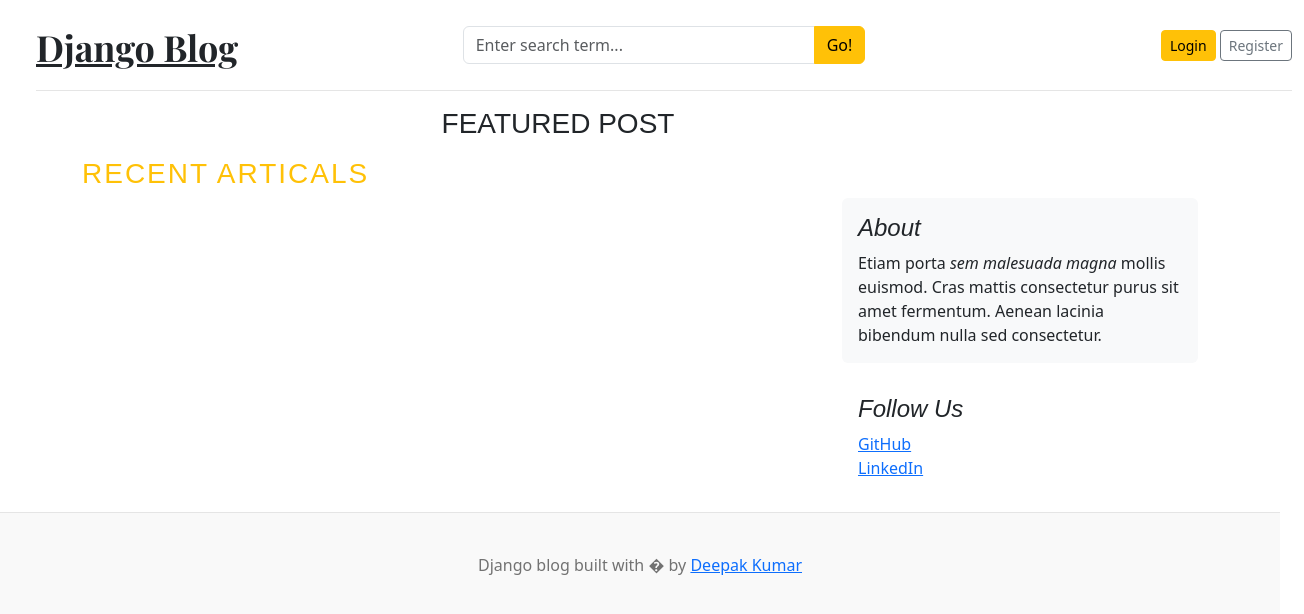
Repository: vijayholve/Blog-Website-Django
Page: templates/home.html
These files come from the project's save history. The page is drawn as it stood at one moment and after the next save; the edit follows.
The browser window is 1280 px wide. The page is 1304 px wide, then 1280 px, so the pictures cover 1304 px, including what lies to the right of the window. The pictures show the whole page.
Some web fonts or font styles are not loaded; a fallback is used. The template is drawn by Django 5.2. The application's start-up code is not run. Other server files are loaded and not shown. The template is opened directly, without the code that normally fills it, so the values that code supplies are empty.

Above is the page before, as saved 2025-01-29 16:17:56.

### templates/home.html

{% extends 'base/base.html' %}

{% block content %}

{% for post in featured_post %}
 {% if forloop.first %}
<div class="jumbotron p-3 p-md-5 text-white rounded bg-dark" style="background-image: url({{ post.blog_image.url }});background-blend-mode: overlay;background-size:cover;">
    <div class="col-md-8 px-0">
      <h1 class="display-4 font-italic"><a href="{% url 'blogs' post.slug %}">{{ post.title }}</a></h1>
      <p class="lead my-3">{{ post.short_description | truncatewords:20 }}</p>
      <p class="lead mb-0"><a href="#" class="text-white font-weight-bold">Continue reading...</a></p>
    </div>
</div>
  {% endif %}
{% endfor %}


<!-- Featured POST -->
<div class="container row mb-2">
  <div class="container">

    <h3 class="container mr-4 text-uppercase text-dark text-bold text-center" >Featured POST</h3>
    {% for post in featured_post %}
    {% if not forloop.first %}
    <div class="col-md-6">
      <div class="card border-0" >
        <div class="card-body">
          <h3><a href="{% url 'blogs' post.slug %}">{{ post.title }}</a></h3>
          <small class="mb-1 text-muted">
            <span class=" material-symbols-outlined">
              schedule
            </span>
            {{ post.created_at | timesince }} ago | {{ post.author }}</small>
            <p class="card-text">{{ post.short_description | truncatewords:20 }}</p>
          </div>
        </div>
      </div>
      {% endif %}
      {% endfor %}
    </div>

  </div>
  <!-- Recent artical -->
  <main role="main" class="container ">
    <h3 class="text-uppercase text-warning" style="letter-spacing: 2px;">Recent Articals</h3>
    <div class="row">
      <div class="col-md-8 blog-main">
        {% for post in posts %}
        <div class="card border-0" >
          <div class="card-body">
            <h3><a href="{% url 'blogs' post.slug %}">{{ post.title }}</a></h3>
            <small class="mb-1 text-muted">{{ post.created_at | timesince }} ago | {{ post.author }}</small>
            <p class="card-text">{{ post.short_description | truncatewords:20 }}</p>
          </div>
        </div>
        {% endfor %}
      </div>
      <!-- /.blog-main -->

      <aside class="col-md-4 blog-sidebar">
        <div class="p-3 mb-3 bg-light rounded">
          <h4 class="font-italic">About</h4>
          <p class="mb-0">Etiam porta <em>sem malesuada magna</em> mollis euismod. Cras mattis consectetur purus sit amet fermentum. Aenean lacinia bibendum nulla sed consectetur.</p>
        </div>

        <div class="p-3">
          <h4 class="font-italic">Follow Us</h4>
          <ol class="list-unstyled">
            <li><a href="#">GitHub</a></li>
            <li><a href="#">LinkedIn</a></li>
          </ol>
        </div>
      </aside><!-- /.blog-sidebar -->

    </div><!-- /.row -->

  </main><!-- /.container -->

</div>
{% endblock %}

### templates/base/base.html
<!-- Header part -->
{% include './header.html' %}

<!-- Main content part -->
{% block content %}
<div class="container-fluid">

</div>
{% endblock %}

<!-- Footer -->
{% include './footer.html' %}

### templates/base/header.html
{% load static %}
<!DOCTYPE html>
<html lang="en">
<head>
    <meta charset="UTF-8">
    <meta http-equiv="X-UA-Compatible" content="IE=edge">
    <meta name="viewport" content="width=device-width, initial-scale=1.0">
    <title>SM Joshi Blogs</title>
    <link href="https://getbootstrap.com/docs/4.0/dist/css/bootstrap.min.css" rel="stylesheet">
    <link href="https://fonts.googleapis.com/css?family=Playfair+Display:700,900" rel="stylesheet">
    <link href="{% static 'css/blog.css' %}" rel="stylesheet">
    <link href="{% static 'css/Navbar.css' %}" rel="stylesheet">
    <link rel="stylesheet" href="https://cdn.jsdelivr.net/npm/bootstrap@4.4.1/dist/css/bootstrap.min.css" integrity="sha384-Vkoo8x4CGsO3+Hhxv8T/Q5PaXtkKtu6ug5TOeNV6gBiFeWPGFN9MuhOf23Q9Ifjh" crossorigin="anonymous">
    <link href="https://cdn.jsdelivr.net/npm/bootstrap@5.3.3/dist/css/bootstrap.min.css" rel="stylesheet" integrity="sha384-QWTKZyjpPEjISv5WaRU9OFeRpok6YctnYmDr5pNlyT2bRjXh0JMhjY6hW+ALEwIH" crossorigin="anonymous">
    <link rel="stylesheet" href="https://fonts.googleapis.com/css2?family=Material+Symbols+Outlined:opsz,wght,FILL,GRAD@20..48,100..700,0..1,-50..200&icon_names=schedule" />
    <link rel="stylesheet" href="https://cdnjs.cloudflare.com/ajax/libs/font-awesome/4.7.0/css/font-awesome.min.css">

  </head>
<body>
    <div class="container-fluid ml-4">
      <header class="blog-header py-3">
        <div class="row flex-nowrap justify-content-between align-items-center">
          <div class="col-4 pt-1">
            <a class="blog-header-logo text-dark" href="/">Django Blog</a>
          </div>
          <div class="col-4">
            <form action="{% url 'search' %}" method="GET">
              <div class="input-group">
                <input class="form-control" name="keyword" type="text" placeholder="Enter search term..." aria-label="Enter search term..." aria-describedby="button-search" />
                <button type="submit" class="btn btn-warning" id="button-search" type="button">Go!</button>
            </div>
            </form>
          </div>

          <div class="col-4 d-flex justify-content-end align-items-center">
            {% if not user.is_authenticated %}
            <a class="btn btn-sm btn-warning" href="{% url 'login' %}">Login</a> &nbsp;
            <a class="btn btn-sm btn-outline-secondary" href="{% url 'register' %}">Register</a>
            {% else %}
            <span><a href="{% url 'dashboard' %}" class="btn btn-warning">Dashboard</a></span> &nbsp;
            <span><a href="{% url 'logout' %}">Logout</a></span>
            {% endif %}
          </div>
        </div>
      </header>

      <div class="nav-scroller py-1 mb-2">
        <nav class="nav d-flex justify-content-between">
          {% for cat in categories %}
          <a class="p-2 text-muted" href="{% url 'posts_by_category' cat.id  %}">{{ cat.category_name }}</a>
          {% endfor %}
        </nav>
      </div>
    </div>
    <script src="https://cdn.jsdelivr.net/npm/bootstrap@5.3.3/dist/js/bootstrap.bundle.min.js" integrity="sha384-YvpcrYf0tY3lHB60NNkmXc5s9fDVZLESaAA55NDzOxhy9GkcIdslK1eN7N6jIeHz" crossorigin="anonymous"></script>
</body>
</html>

### templates/base/footer.html
<footer class="blog-footer">
    <p>Django blog built with � by <a href="#">Deepak Kumar</a></p>
  </footer>
  </body>
  </html>

### static/css/blog.css
/* stylelint-disable selector-list-comma-newline-after */

.blog-header {
  border-bottom: 1px solid #e5e5e5;
}

.blog-header-logo {
  font-family: "Playfair Display", Georgia, "Times New Roman", serif/*rtl:Amiri, Georgia, "Times New Roman", serif*/;
  font-size: 2.25rem;
}

.blog-header-logo:hover {
  text-decoration: none;
}

h1, h2, h3, h4, h5, h6 {
  font-family: "Playfair Display", Georgia, "Times New Roman", serif/*rtl:Amiri, Georgia, "Times New Roman", serif*/;
}

.display-4 {
  font-size: 2.5rem;
}
@media (min-width: 768px) {
  .display-4 {
    font-size: 3rem;
  }
}

.flex-auto {
  flex: 0 0 auto;
}

.h-250 { height: 250px; }
@media (min-width: 768px) {
  .h-md-250 { height: 250px; }
}

/* Pagination */
.blog-pagination {
  margin-bottom: 4rem;
}

/*
 * Blog posts
 */
.blog-post {
  margin-bottom: 4rem;
}
.blog-post-title {
  font-size: 2.5rem;
}
.blog-post-meta {
  margin-bottom: 1.25rem;
  color: #727272;
}

/*
 * Footer
 */
.blog-footer {
  padding: 2.5rem 0;
  color: #727272;
  text-align: center;
  background-color: #f9f9f9;
  border-top: .05rem solid #e5e5e5;
}
.blog-footer p:last-child {
  margin-bottom: 0;
}


.material-symbols-outlined{
  width: 20px;
  /* height: 300px; */
}

### static/css/Navbar.css
:root {
    --font-family-sans-serif: "Open Sans", -apple-system, BlinkMacSystemFont,
    "Segoe UI", Roboto, "Helvetica Neue", Arial, sans-serif, "Apple Color Emoji",
    "Segoe UI Emoji", "Segoe UI Symbol", "Noto Color Emoji";
}

*, *::before, *::after {
    -webkit-box-sizing: border-box;
    box-sizing: border-box;
}

html {
    font-family: sans-serif;
    line-height: 1.15;
    -webkit-text-size-adjust: 100%;
    -webkit-tap-highlight-color: rgba(0, 0, 0, 0);
}

nav {
    display: block;
}

body {
    margin: 0;
    font-family: "Open Sans", -apple-system, BlinkMacSystemFont, "Segoe UI",
    Roboto, "Helvetica Neue", Arial, sans-serif, "Apple Color Emoji",
    "Segoe UI Emoji", "Segoe UI Symbol", "Noto Color Emoji";
    font-size: 1rem;
    font-weight: 400;
    line-height: 1.5;
    color: #515151;
    text-align: left;
    background-color: #e9edf4;
}

h1, h2, h3, h4, h5, h6 {
    margin-top: 0;
    margin-bottom: 0.5rem;
}

p {
    margin-top: 0;
    margin-bottom: 1rem;
}

a {
    color: #3f84fc;
    text-decoration: none;
    background-color: transparent;
}

a:hover {
    color: #0458eb;
    text-decoration: underline;
}

h1, h2, h3, h4, h5, h6, .h1, .h2, .h3, .h4, .h5, .h6 {
    font-family: "Nunito", sans-serif;
    margin-bottom: 0.5rem;
    font-weight: 500;
    line-height: 1.2;
}

h1, .h1 {
    font-size: 2.5rem;
    font-weight: normal;
}

.card {
    position: relative;
    display: -webkit-box;
    display: -webkit-flex;
    display: -ms-flexbox;
    display: flex;
    -webkit-box-orient: vertical;
    -webkit-box-direction: normal;
    -webkit-flex-direction: column;
    -ms-flex-direction: column;
    flex-direction: column;
    min-width: 0;
    word-wrap: break-word;
    background-color: #fff;
    background-clip: border-box;
    border: 1px solid rgba(0, 0, 0, 0.125);
    border-radius: 0;
}

.card-body {
    -webkit-box-flex: 1;
    -webkit-flex: 1 1 auto;
    -ms-flex: 1 1 auto;
    flex: 1 1 auto;
    padding: 1.25rem;
}

.card-header {
    padding: 0.75rem 1.25rem;
    margin-bottom: 0;
    background-color: rgba(0, 0, 0, 0.03);
    border-bottom: 1px solid rgba(0, 0, 0, 0.125);
    text-align: center;
}

.dashboard {
    display: -webkit-box;
    display: -webkit-flex;
    display: -ms-flexbox;
    display: flex;
    min-height: 100vh;
}

.dashboard-app {
    display: -webkit-box;
    display: -webkit-flex;
    display: -ms-flexbox;
    display: flex;
    -webkit-box-orient: vertical;
    -webkit-box-direction: normal;
    -webkit-flex-direction: column;
    -ms-flex-direction: column;
    flex-direction: column;
    -webkit-box-flex: 2;
    -webkit-flex-grow: 2;
    -ms-flex-positive: 2;
    flex-grow: 2;
    margin-top: 84px;
}

.dashboard-content {
    -webkit-box-flex: 2;
    -webkit-flex-grow: 2;
    -ms-flex-positive: 2;
    flex-grow: 2;
    padding: 25px;
}

.dashboard-nav {
    min-width: 238px;
    position: fixed;
    left: 0;
    top: 0;
    bottom: 0;
    overflow: auto;
    background-color: #373193;
}

.dashboard-compact .dashboard-nav {
    display: none;
}

.dashboard-nav header {
    min-height: 84px;
    padding: 8px 27px;
    display: -webkit-box;
    display: -webkit-flex;
    display: -ms-flexbox;
    display: flex;
    -webkit-box-pack: center;
    -webkit-justify-content: center;
    -ms-flex-pack: center;
    justify-content: center;
    -webkit-box-align: center;
    -webkit-align-items: center;
    -ms-flex-align: center;
    align-items: center;
}

.dashboard-nav header .menu-toggle {
    display: none;
    margin-right: auto;
}

.dashboard-nav a {
    color: #515151;
}

.dashboard-nav a:hover {
    text-decoration: none;
}

.dashboard-nav {
    background-color: #443ea2;
}

.dashboard-nav a {
    color: #fff;
}

.brand-logo {
    font-family: "Nunito", sans-serif;
    font-weight: bold;
    font-size: 20px;
    display: -webkit-box;
    display: -webkit-flex;
    display: -ms-flexbox;
    display: flex;
    color: #515151;
    -webkit-box-align: center;
    -webkit-align-items: center;
    -ms-flex-align: center;
    align-items: center;
}

.brand-logo:focus, .brand-logo:active, .brand-logo:hover {
    color: #dbdbdb;
    text-decoration: none;
}

.brand-logo i {
    color: #d2d1d1;
    font-size: 27px;
    margin-right: 10px;
}

.dashboard-nav-list {
    display: -webkit-box;
    display: -webkit-flex;
    display: -ms-flexbox;
    display: flex;
    -webkit-box-orient: vertical;
    -webkit-box-direction: normal;
    -webkit-flex-direction: column;
    -ms-flex-direction: column;
    flex-direction: column;
}

.dashboard-nav-item {
    min-height: 56px;
    padding: 8px 20px 8px 70px;
    display: -webkit-box;
    display: -webkit-flex;
    display: -ms-flexbox;
    display: flex;
    -webkit-box-align: center;
    -webkit-align-items: center;
    -ms-flex-align: center;
    align-items: center;
    letter-spacing: 0.02em;
    transition: ease-out 0.5s;
}

.dashboard-nav-item i {
    width: 36px;
    font-size: 19px;
    margin-left: -40px;
}

.dashboard-nav-item:hover {
    background: rgba(255, 255, 255, 0.04);
}

.active {
    background: rgba(0, 0, 0, 0.1);
}

.dashboard-nav-dropdown {
    display: -webkit-box;
    display: -webkit-flex;
    display: -ms-flexbox;
    display: flex;
    -webkit-box-orient: vertical;
    -webkit-box-direction: normal;
    -webkit-flex-direction: column;
    -ms-flex-direction: column;
    flex-direction: column;
}

.dashboard-nav-dropdown.show {
    background: rgba(255, 255, 255, 0.04);
}

.dashboard-nav-dropdown.show > .dashboard-nav-dropdown-toggle {
    font-weight: bold;
}

.dashboard-nav-dropdown.show > .dashboard-nav-dropdown-toggle:after {
    -webkit-transform: none;
    -o-transform: none;
    transform: none;
}

.dashboard-nav-dropdown.show > .dashboard-nav-dropdown-menu {
    display: -webkit-box;
    display: -webkit-flex;
    display: -ms-flexbox;
    display: flex;
}

.dashboard-nav-dropdown-toggle:after {
    content: "";
    margin-left: auto;
    display: inline-block;
    width: 0;
    height: 0;
    border-left: 5px solid transparent;
    border-right: 5px solid transparent;
    border-top: 5px solid rgba(81, 81, 81, 0.8);
    -webkit-transform: rotate(90deg);
    -o-transform: rotate(90deg);
    transform: rotate(90deg);
}

.dashboard-nav .dashboard-nav-dropdown-toggle:after {
    border-top-color: rgba(255, 255, 255, 0.72);
}

.dashboard-nav-dropdown-menu {
    display: none;
    -webkit-box-orient: vertical;
    -webkit-box-direction: normal;
    -webkit-flex-direction: column;
    -ms-flex-direction: column;
    flex-direction: column;
}

.dashboard-nav-dropdown-item {
    min-height: 40px;
    padding: 8px 20px 8px 70px;
    display: -webkit-box;
    display: -webkit-flex;
    display: -ms-flexbox;
    display: flex;
    -webkit-box-align: center;
    -webkit-align-items: center;
    -ms-flex-align: center;
    align-items: center;
    transition: ease-out 0.5s;
}

.dashboard-nav-dropdown-item:hover {
    background: rgba(255, 255, 255, 0.04);
}

.menu-toggle {
    position: relative;
    width: 42px;
    height: 42px;
    display: -webkit-box;
    display: -webkit-flex;
    display: -ms-flexbox;
    display: flex;
    -webkit-box-align: center;
    -webkit-align-items: center;
    -ms-flex-align: center;
    align-items: center;
    -webkit-box-pack: center;
    -webkit-justify-content: center;
    -ms-flex-pack: center;
    justify-content: center;
    color: #443ea2;
}

.menu-toggle:hover, .menu-toggle:active, .menu-toggle:focus {
    text-decoration: none;
    color: #875de5;
}

.menu-toggle i {
    font-size: 20px;
}

.dashboard-toolbar {
    min-height: 84px;
    background-color: #dfdfdf;
    display: -webkit-box;
    display: -webkit-flex;
    display: -ms-flexbox;
    display: flex;
    -webkit-box-align: center;
    -webkit-align-items: center;
    -ms-flex-align: center;
    align-items: center;
    padding: 8px 27px;
    position: fixed;
    top: 0;
    right: 0;
    left: 0;
    z-index: 1000;
}

.nav-item-divider {
    height: 1px;
    margin: 1rem 0;
    overflow: hidden;
    background-color: rgba(236, 238, 239, 0.3);
}

@media (min-width: 992px) {
    .dashboard-app {
        margin-left: 238px;
    }

    .dashboard-compact .dashboard-app {
        margin-left: 0;
    }
}


@media (max-width: 768px) {
    .dashboard-content {
        padding: 15px 0px;
    }
}

@media (max-width: 992px) {
    .dashboard-nav {
        display: none;
        position: fixed;
        top: 0;
        right: 0;
        left: 0;
        bottom: 0;
        z-index: 1070;
    }

    .dashboard-nav.mobile-show {
        display: block;
    }
}

@media (max-width: 992px) {
    .dashboard-nav header .menu-toggle {
        display: -webkit-box;
        display: -webkit-flex;
        display: -ms-flexbox;
        display: flex;
    }
}

@media (min-width: 992px) {
    .dashboard-toolbar {
        left: 238px;
    }

    .dashboard-compact .dashboard-toolbar {
        left: 0;
    }
}

After the next save:
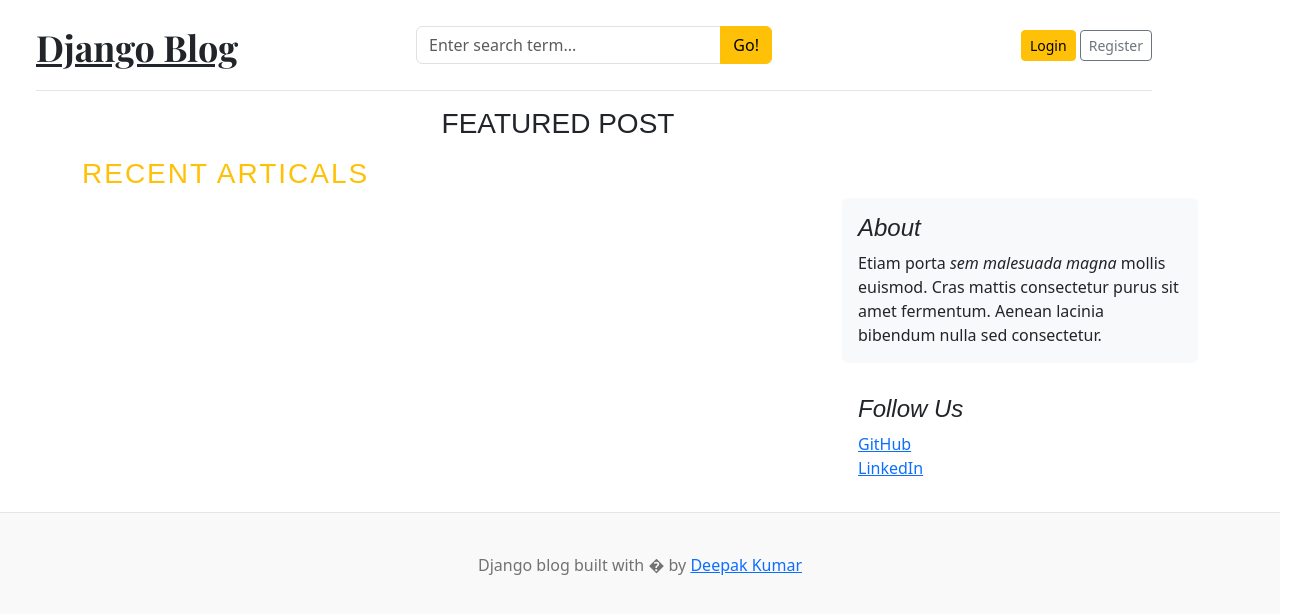
Saved 47 s later.
--- a/templates/base/header.html
+++ b/templates/base/header.html
@@ -17,7 +17,7 @@
 
   </head>
 <body>
-    <div class="container-fluid ml-4">
+    <div class="container ml-4">
       <header class="blog-header py-3">
         <div class="row flex-nowrap justify-content-between align-items-center">
           <div class="col-4 pt-1">
